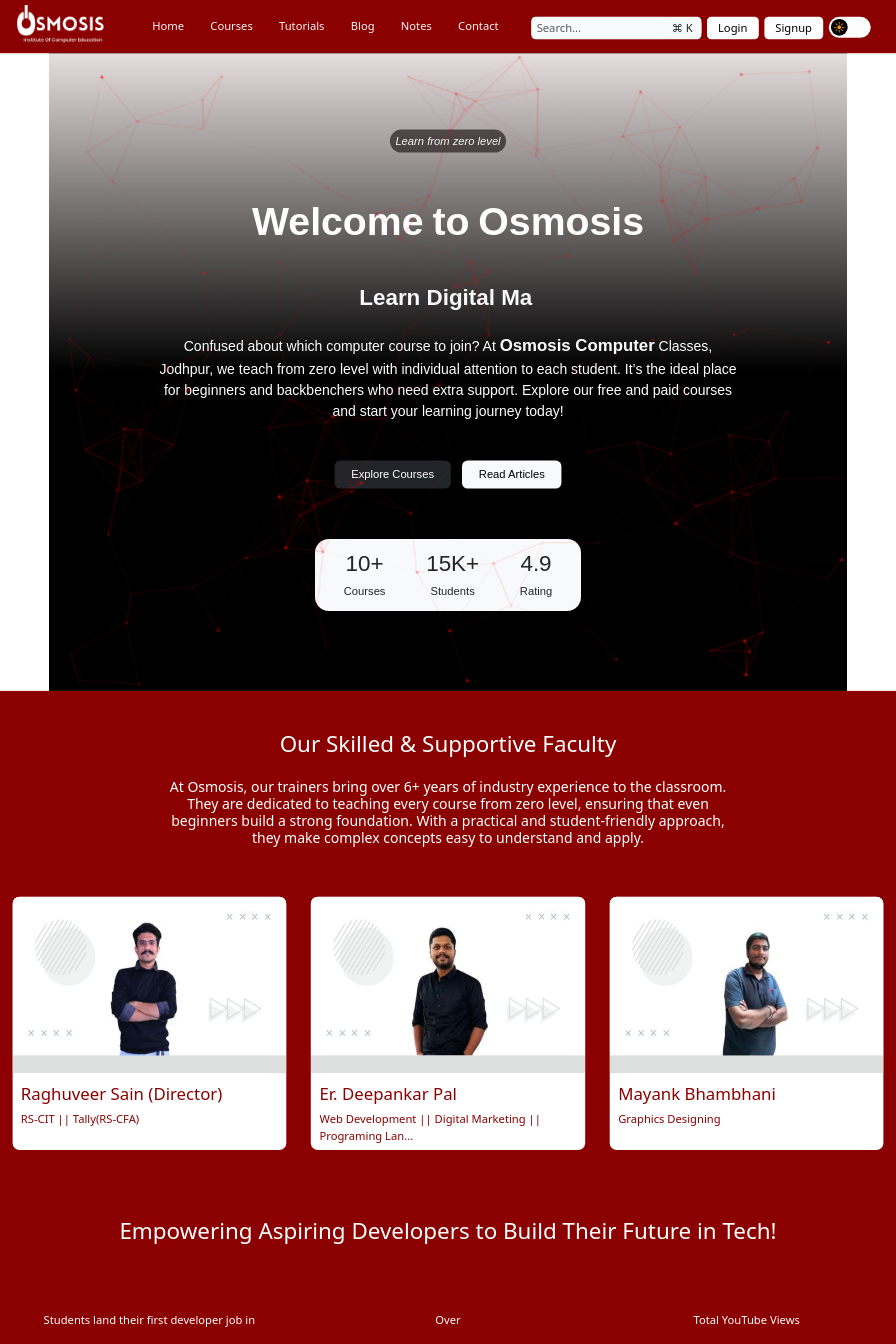
Repository: samriidhpandey/osmosis
Page: /
The author's editor kept a copy of each file at every save. The page is drawn from the files as they stood at one save, then again after the next save.
The browser window is 1280 px wide. The pictures show the part of the page from y = 0 to 1920 px (the page is 4483 px tall before and 4511 px after), at 70% of full size.
The project was rebuilt for these pictures with package versions that can differ from the ones it lists, and the page was loaded fresh each time. Also part of the build but not shown: vite.config.js, src/Component2/Courses.jsx, src/component3/Tutorial.jsx, src/Component4/Contact.jsx, src/Component4/Login.jsx, src/Component4/Signup.jsx, src/Tutorial-html/Introduction/HTMLIntroduction.jsx, src/Tutorial-html/Homehtml.jsx and 96 more. Imported but missing from the stored project, and not drawn on this page: src/Images/final-app-on-mobile.mp4, src/Images/final-app-on-pc.mp4, src/Images/open-terminals.mp4, src/Images/python-location.mp4.

Above is the page before, as saved 2025-07-21 17:45:34.

### index.html
<!doctype html>
<html lang="en">
  <head>
    <meta charset="UTF-8" />
    <link rel="icon" type="image/png" href="./src/image/fe1.png" />
    <meta name="viewport" content="width=device-width, initial-scale=1.0" />
    <title>Osmosis Computer</title>
    <link href="https://cdn.jsdelivr.net/npm/bootstrap@5.0.2/dist/css/bootstrap.min.css" rel="stylesheet" integrity="sha384-EVSTQN3/azprG1Anm3QDgpJLIm9Nao0Yz1ztcQTwFspd3yD65VohhpuuCOmLASjC" crossorigin="anonymous">
    <link rel="stylesheet" href="https://cdnjs.cloudflare.com/ajax/libs/font-awesome/6.7.2/css/all.min.css" integrity="sha512-Evv84Mr4kqVGRNSgIGL/F/aIDqQb7xQ2vcrdIwxfjThSH8CSR7PBEakCr51Ck+w+/U6swU2Im1vVX0SVk9ABhg==" crossorigin="anonymous" referrerpolicy="no-referrer" />
    <link href="https://cdn.jsdelivr.net/npm/bootstrap@5.3.0/dist/css/bootstrap.min.css" rel="stylesheet" />
<link href="https://cdn.jsdelivr.net/npm/bootstrap-icons/font/bootstrap-icons.css" rel="stylesheet" />
<!-- <iframe src="https://my.spline.design/your-project-link" frameborder="0" width="100%" height="100%"></iframe> -->


  </head>
  <body>
    <div id="root"></div>
    <script type="module" src="/src/main.jsx"></script>
    <script src="https://cdn.jsdelivr.net/npm/bootstrap@5.0.2/dist/js/bootstrap.bundle.min.js" integrity="sha384-MrcW6ZMFYlzcLA8Nl+NtUVF0sA7MsXsP1UyJoMp4YLEuNSfAP+JcXn/tWtIaxVXM" crossorigin="anonymous"></script>
  </body>
</html>

### src/Hero.jsx
import React from 'react'
import Section2 from './Section2';
import Section3 from './Section3';
import Section4 from './Section4';
import Section5 from './Section5';

// import Hyperspeed from '../Reactbit/Hyperspeed'
import {  Link } from "react-router-dom"

// import Hyperspeed from '../Reactbit/Hyperspeed/Hyperspeed';

import RedHero from './RedHero';
// import SplineViewer from './SplineViewer';

function Hero({ isDark }) {

  return (
    <>
       <RedHero/>

      <div className="container-fluid">




        <Section2 isDark={isDark} />
        <Section3 isDark={isDark} />
        <Section4 isDark={isDark} />
        <Section5 isDark={isDark} />

      </div>
    </>
  )
}

export default Hero

### src/Section3.jsx
import React from 'react'
import icon1 from './image/com1.svg'
import icon2 from './image/com2.svg'
import icon3 from './image/com3.png'
import icon4 from './image/com4.png'
import icon5 from './image/com5.webp'
import icon6 from './image/com6.png'
import icon7 from './image/icon7.png'
import icon8 from './image/icon8.png'
import icon9 from './image/icon9.png'
import icon10 from './image/icon10.png'
import icon11 from './image/icon11.png'
import icon12 from './image/icon12.png'

function Section3({isDark}) {
   const section3 = {
    backgroundColor: isDark ? 'black' : '#FAFAFA',
    color: isDark ? 'white' : 'darkred',
  };
  return (
    <>
    <div className="container-fluid p-0">
      <div className="row section3 pb-3" style={section3}>
        <h2 className='mt-5 mb-4 text-center'>Helped students achieve their dream job at</h2>
        <div className="col-11 col-sm-11 col-md-10 col-lg-10 col-xl-9 col-xxl-10 mt-5 m-auto">
            <div className="row">
              <div className="col-6 col-sm-6 col-md-4 col-lg-4 col-xl-4 col-xxl-4">
                <div className="row p-1 ">
                  <div className="col-11 icon m-auto">
                    <img src={icon1} className='img-fluid m-2' style={{height:"70px"}} alt="" />
                  </div>
                </div>
              </div>

              <div className="col-6 col-sm-6 col-md-4 col-lg-4 col-xl-4 col-xxl-4">
                <div className="row p-1 ">
                  <div className="col-11 icon m-auto">
                    <img src={icon2} className='img-fluid m-2 ' style={{height:"70px"}} alt="" />
                  </div>
                </div>
              </div>

              <div className="col-6 col-sm-6 col-md-4 col-lg-4 col-xl-4 col-xxl-4">
                <div className="row p-1 ">
                  <div className="col-11 icon m-auto">
                    <img src={icon3} className='img-fluid  m-2' style={{height:"70px" }} alt="" />
                  </div>
                </div>
              </div>

              <div className="col-6 col-sm-6 col-md-4 col-lg-4 col-xl-4 col-xxl-4">
                <div className="row p-1 ">
                  <div className="col-11 icon m-auto">
                    <img src={icon4} className='img-fluid m-2' style={{height:"70px"}} alt="" />
                  </div>
                </div>
              </div>

              <div className="col-6 col-sm-6 col-md-4 col-lg-4 col-xl-4 col-xxl-4">
                <div className="row p-1 ">
                  <div className="col-11 icon m-auto">
                    <img src={icon5} className='img-fluid m-2' style={{height:"70px"}} alt="" />
                  </div>
                </div>
              </div>

              <div className="col-6 col-sm-6 col-md-4 col-lg-4 col-xl-4 col-xxl-4">
                <div className="row p-1 ">
                  <div className="col-11 icon m-auto ">
                    <img src={icon6} className='img-fluid m-2' style={{height:"70px"}} alt="" />
                  </div>
                </div>
              </div>







            </div>
        </div>


        <p className='text-center mt-5'>+ many more companies</p>
      </div>
    </div>
    </>
  )
}

export default Section3

### src/Section5.jsx
import React from 'react'
import { motion } from "framer-motion";
import InfiniteReviewScroll from './InfiniteReviewScroll';
import { Link } from 'react-router-dom';

function Section5({ isDark }) {
  const Section5 = {
    backgroundColor: isDark ? '#0E121B' : 'white',
    color: isDark ? 'white' : 'black',
  };
  const student = {
    backgroundColor: isDark ? '#27272A' : 'darkred',
    color: isDark ? 'white' : 'white',
  };
  const Section6 = {
    backgroundColor: isDark ? 'black' : 'darkred',
    color: isDark ? 'white' : 'white',
  };

  return (
    <>
      <div className="container-fluid p-0">
        <div className="row" style={Section5}>
          <div className="col-12 col-sm-12 col-md-12 col-lg-12 col-xl-11 col-xxl-10 m-auto pb-5">
            <h2 className='text-center fw-bolder mt-5'>Testimonials</h2>
            <div className="row mt-5">



            <InfiniteReviewScroll/>



            </div>
          </div>
        </div>

        <div className="row" style={Section6}>
          <div className="col-12 text-center pt-5 pb-5">
            <div className='m-auto d-flex' style={{ display: "flex", justifyContent: "center", gap: "1rem" }}>
  <h1 className='text-center' style={{ fontSize: "2rem", fontWeight: "bold" }}>
    Start Your Journey
  </h1>
  {/* <img
    src="https://media.giphy.com/media/qgQUggAC3Pfv687qPC/giphy.gif"
    alt="coding"
    style={{
      width: "60px",
      height: "60px",
      borderRadius: "8px",
      objectFit: "cover",
    }}
  /> */}
</div>

            <h5 className='mt-5'>Learn step-by-step with Jodhpur's most loved programming mentor.</h5>
           <Link to='Login'> <button className='btn-light mt-5 rounded ps-4 pt-2 pe-4 fs-5 pb-2 border-0'>Start Now</button></Link>
          </div>
        </div>
      </div>
    </>
  )
}

export default Section5

### src/RedHero.jsx
import React, { useEffect } from "react";
import { Link } from "react-router-dom";
import TypingText from './TypingText';
import { filter } from 'framer-motion/client';
import AnimatedName from './AnimatedName';

const RedHero = (isDark) => {
  const overlayStyle = {
      paddingTop: '10%',
      paddingBottom: '10%',
      background: isDark
        ? 'linear-gradient(rgba(235, 226, 226, 0.98), rgba(0,0,0,0.5), rgba(0,0,0,0.5))'
        : 'linear-gradient(rgba(245, 240, 240, 1), rgba(255,0,0,0.5), rgba(255,0,0,0.5))',

    };
  useEffect(() => {
    // Load particles.js script dynamically
    const script = document.createElement("script");
    script.src = "https://cdn.jsdelivr.net/npm/particles.js@2.0.0/particles.min.js";
    script.onload = () => {
      if (window.particlesJS) {
        window.particlesJS("particles-js", {
          particles: {
            number: {
              value: 100,
              density: {
                enable: true,
                value_area: 800,
              },
            },
            color: {
              value: "#ff0000",
            },
            shape: {
              type: "triangle",
            },
            opacity: {
              value: 0.5,
              random: true,
            },
            size: {
              value: 3,
              random: true,
            },
            line_linked: {
              enable: true,
              distance: 150,
              color: "#ff0000",
              opacity: 0.4,
              width: 1,
            },
            move: {
              enable: true,
              speed: 4,
              direction: "none",
              random: true,
              straight: false,
              out_mode: "out",
            },
          },
          interactivity: {
            detect_on: "canvas",
            events: {
              onhover: {
                enable: true,
                mode: "grab",
              },
              onclick: {
                enable: true,
                mode: "push",
              },
              resize: true,
            },
            modes: {
              grab: {
                distance: 140,
                line_linked: {
                  opacity: 1,
                },
              },
              push: {
                particles_nb: 4,
              },
            },
          },
          retina_detect: true,
        });
      }
    };
    document.body.appendChild(script);
  }, []);

  return (
    <div className="container" style={styles.heroContainer}>
      <div id="particles-js" style={styles.particles}></div>
      <div className="row">
          <div className="col-12">

            <div className="row z-1">
              <div className="col-12 overlay m-auto aling-item-center " style={overlayStyle} >
                <div className="row align-items-center h-100  m-auto">
                  <div className="col-12 text-box text-center p-0">
                    <i className='text-learn  w-25 m-auto p-2'>Learn from zero level</i>

                    <AnimatedName/>


                    <h3 className='text-light mt-3'>
                      <TypingText />
                    </h3>

                    <div className="row">
                      <div className="col-12 col-sm-11 col-md-11 col-lg-10 col-xl-9 col-xxl-8 m-auto">
                        <p className='text-center m-auto text-white fs-5 mt-4'>Confused about which computer course to join?
                          At <span className='fw-bolder fs-4'> Osmosis Computer</span> Classes, Jodhpur, we teach from zero level with individual attention to each student.
                          It’s the ideal place for beginners and backbenchers who need extra support.
                          Explore our free and paid courses and start your learning journey today!

                        </p>
                      </div>
                    </div>


                    <p className='mt-5'>
                      <Link to='/Courses'><button className='btn-dark border-0 pt-2 ps-4 pe-4 pb-2 rounded-3 m-2'>Explore Courses</button></Link>{""}
                      <Link to='/Blog'><button className='btn-light border-0 pt-2 ps-4 pe-4 pb-2 rounded-3 m-2'>Read Articles</button></Link>{""}
                    </p>

                    <div className="row">
                      <div className="col-8 col-sm-6 col-md-5 col-lg-4 col-xl-4 col-xxl-3 num bg-light d-flex m-auto mt-5 pt-3">
                        <div className="num1 m-auto"><h2>10+</h2><p>Courses</p></div>
                        <div className="num1 m-auto"><h2>15K+</h2><p>Students</p></div>
                        <div className="num1 m-auto"><h2>4.9</h2><p>Rating</p></div>

                      </div>
                    </div>

                  </div>

                </div>

              </div>
            </div>
          </div>
        </div>
    </div>
  );
};

const styles = {
  heroContainer: {
    position: "relative",
    width: "100vw",
    // height: "100vh",
    overflow: "hidden",
    backgroundColor: "#000",
    // color: "white",
    fontFamily: "Arial, sans-serif",
  },
  particles: {
    position: "absolute",
    width: "100%",
    height: "100%",
    zIndex: 1,
  },
  content: {
    position: "relative",
    zIndex: 2,
    textAlign: "center",
    top: "50%",
    transform: "translateY(-50%)",
  },
  heading: {
    fontSize: "3rem",
    animation: "glow 1.5s infinite alternate",
  },
};

// Global keyframes
const glowStyle = document.createElement("style");
glowStyle.innerHTML = `
@keyframes glow {
  from {
    text-shadow: 0 0 10px red, 0 0 20px red;
  }
  to {
    text-shadow: 0 0 20px crimson, 0 0 30px crimson;
  }
}`;
document.head.appendChild(glowStyle);

export default RedHero;

### src/InfiniteReviewScroll.jsx
// ReviewSlider.jsx
import React from "react";

const reviews = [
  { name: "Rahul", message: "Great teaching!", rating: 5 },
  { name: "Anjali", message: "Very helpful course.", rating: 4 },
  { name: "Vikram", message: "Explained from zero level!", rating: 5 },
  { name: "Sneha", message: "Best institute ever!", rating: 5 },
  { name: "Amit", message: "Highly recommend.", rating: 4 },
];

const ReviewCard = ({ review }) => (
  <div
    style={{
      minWidth: "280px",
      padding: "1.2rem",
      backgroundColor: "#1A1A1A",
      color: "white",
      borderRadius: "12px",
      boxShadow: "0 4px 15px rgba(0,0,0,0.5)",
      flexShrink: 0,
      display: "flex",
      flexDirection: "column",
      justifyContent: "space-between",
      margin: "0 1rem",
    }}
  >
    <div style={{ marginBottom: "0.5rem" }}>
      {[...Array(5)].map((_, idx) => (
        <span
          key={idx}
          style={{
            color: idx < review.rating ? "#FFD700" : "#555",
            fontSize: "1.2rem",
          }}
        >
          ★
        </span>
      ))}
    </div>
    <p style={{ fontSize: "1rem", margin: "0 0 0.8rem 0" }}>“{review.message}”</p>
    <p
      style={{
        textAlign: "right",
        fontStyle: "italic",
        fontSize: "0.9rem",
        color: "#aaa",
        margin: 0,
      }}
    >
      - {review.name}
    </p>
  </div>
);

const ReviewSlider = () => {
  // Double the reviews so it can loop smoothly
  const repeated = [...reviews, ...reviews];

  return (
    <div
      style={{
        overflow: "hidden",
        width: "100%",
        padding: "1rem 0",
        background: "",
      }}
    >
      <div
        style={{
          display: "flex",
          animation: "scroll-left 20s linear infinite",
          width: "fit-content",
        }}
      >
        {repeated.map((review, idx) => (
          <ReviewCard key={idx} review={review} />
        ))}
      </div>

      {/* KEYFRAMES */}
      <style>{`
        @keyframes scroll-left {
          0% { transform: translateX(0); }
          100% { transform: translateX(-50%); }
        }

        @media (max-width: 768px) {
          @keyframes scroll-left {
            0% { transform: translateX(0); }
            100% { transform: translateX(-50%); }
          }
        }
      `}</style>
    </div>
  );
};

export default ReviewSlider;

### src/TypingText.jsx
// src/components/TypingText.jsx
import React, { useEffect, useState } from "react";
import "bootstrap/dist/css/bootstrap.min.css";

const TypingText = () => {
  const words = [
    "Web Development",
    "Digital Marketing",
    "Graphic Designing",
    "RSCIT",
    "Tally",
  ];

  const [currentWordIndex, setCurrentWordIndex] = useState(0);
  const [displayText, setDisplayText] = useState("");
  const [isDeleting, setIsDeleting] = useState(false);

  useEffect(() => {
    const currentWord = words[currentWordIndex];
    let typeSpeed = isDeleting ? 50 : 100;

    const timeout = setTimeout(() => {
      setDisplayText((prev) =>
        isDeleting
          ? currentWord.substring(0, prev.length - 1)
          : currentWord.substring(0, prev.length + 1)
      );

      // When word is fully typed
      if (!isDeleting && displayText === currentWord) {
        setTimeout(() => setIsDeleting(true), 1000); // wait before deleting
      }

      // When word is fully deleted
      if (isDeleting && displayText === "") {
        setIsDeleting(false);
        setCurrentWordIndex((prev) => (prev + 1) % words.length);
      }
    }, typeSpeed);

    return () => clearTimeout(timeout);
  }, [displayText, isDeleting, currentWordIndex]);

  return (
    <div className="container text-center mt-5">
      <h2 className="fw-bold">
        Learn <span>{displayText}</span>
        <span className="blinking-cursor">|</span>
      </h2>

      <style>{`
        .blinking-cursor {
          font-weight: 100;
          font-size: 24px;
          color: black;
          animation: blink 0.7s infinite;
        }
        @keyframes blink {
          0% { opacity: 1; }
          50% { opacity: 0; }
          100% { opacity: 1; }
        }
      `}</style>
    </div>
  );
};

export default TypingText;

### src/AnimatedName.jsx
import { motion } from 'framer-motion';

const container = {
  hidden: { opacity: 0 },
  visible: {
    opacity: 1,
    transition: {
      staggerChildren: 0.5,
    },
  },
};

const item = {
  hidden: { y: -50, opacity: 0 },
  visible: { y: 0, opacity: 1 },
};

function AnimatedName() {
  const words = ['Welcome', 'to', 'Osmosis'];

  return (
    <motion.div
      variants={container}
      initial="hidden"
      animate="visible"
      style={{
        display: 'flex',
        justifyContent: 'center',
        flexWrap: 'wrap', // For responsiveness
        gap: '0.8rem',
        marginTop: '60px',
        padding: '0 1rem',
        textAlign: 'center',
      }}
    >
      {words.map((word, index) => (
        <motion.span
          key={index}
          variants={item}
          style={{
            fontSize: 'clamp(2rem, 6vw, 3.5rem)', // responsive font size
            fontWeight: 'bold',
            color: 'white',
          }}
        >
          {word}
        </motion.span>
      ))}
    </motion.div>
  );
}

export default AnimatedName;

Loaded but not shown: src/main.jsx (common file); src/App.jsx (426 lines, source omitted); src/App.css (1048 lines, source omitted); src/Section4.jsx (155 lines, source omitted); src/Footer.jsx (217 lines, source omitted); src/Section2.jsx (126 lines, source omitted); src/index.css (no stored copy; drawn as an empty file)

After the next save:
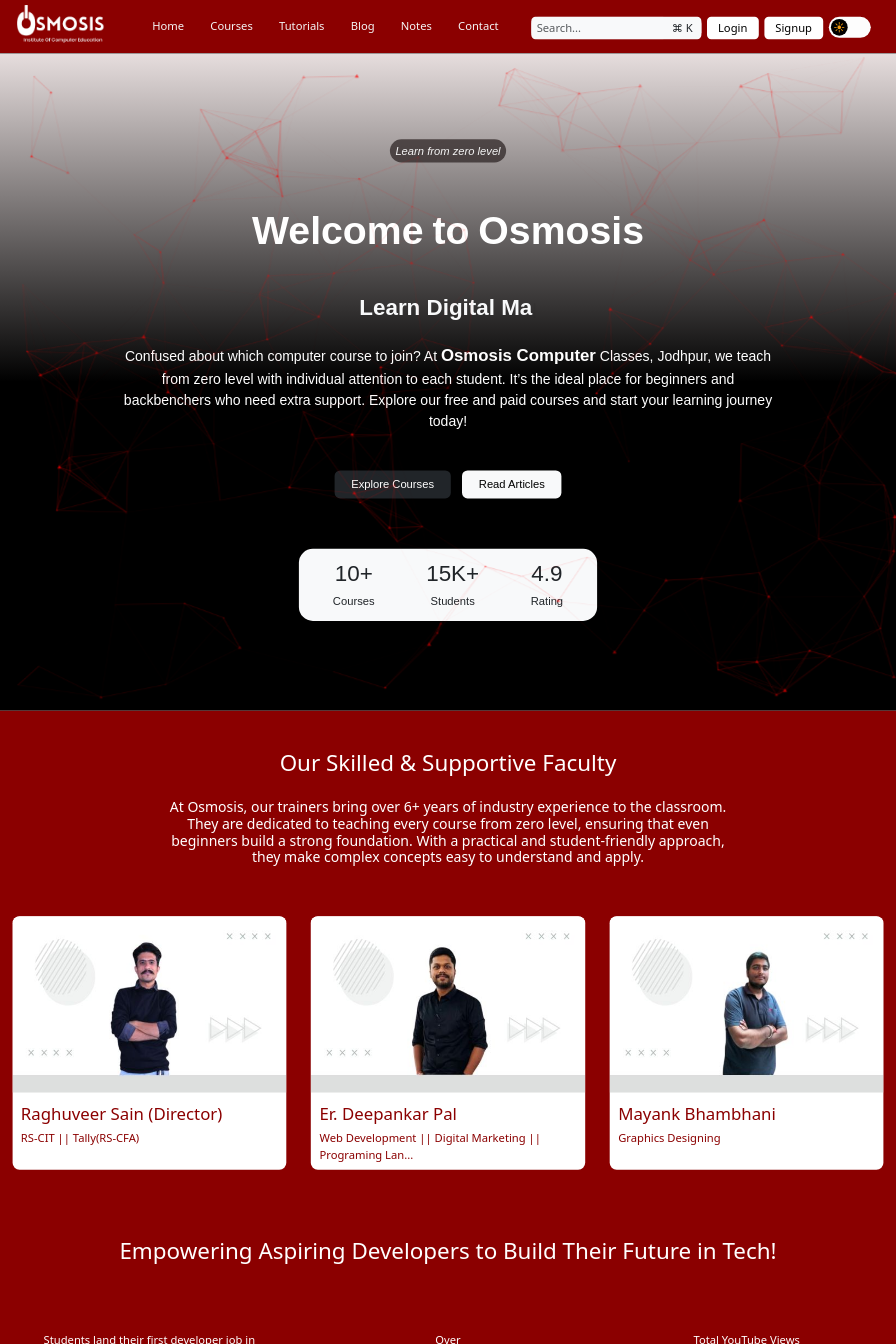
Saved 4 s later.
--- a/src/RedHero.jsx
+++ b/src/RedHero.jsx
@@ -91,7 +91,7 @@
   }, []);
 
   return (
-    <div className="container" style={styles.heroContainer}>
+    <div className="container-fluid" style={styles.heroContainer}>
       <div id="particles-js" style={styles.particles}></div>
       <div className="row">
           <div className="col-12">
